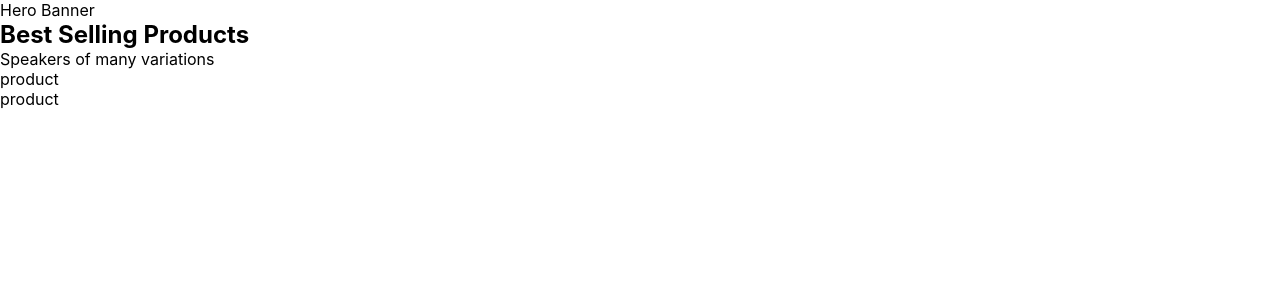
Repository: brandford7/myshop
Page: /
An editor plug-in stored every save of this project. The page is shown before and after a run of saves, followed by the edit.
The browser window is 1280 px wide. The pictures show the whole page.
The project was rebuilt for these pictures with package versions that can differ from the ones it lists, and the page was loaded fresh each time. The framework's server and built-in components were replaced by stand-ins that run in the browser. Also part of the build but not shown: next.config.js.

Above is the page before, as saved 2022-06-24 16:43:29.

After the next 2 saves:
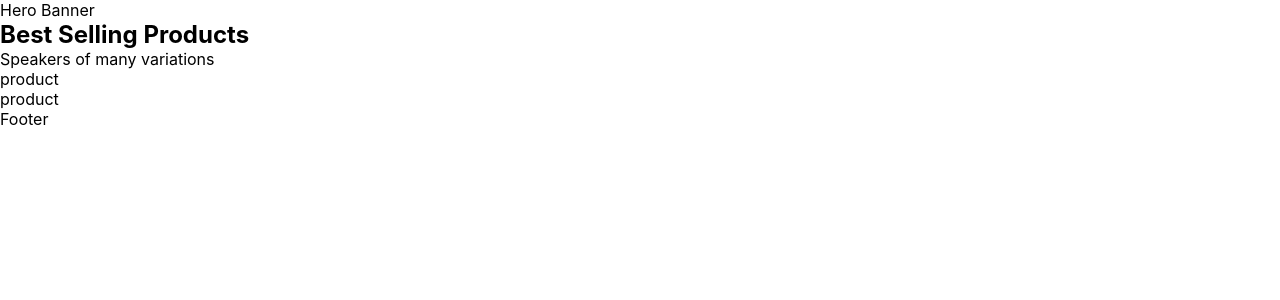
The 2 saves are shown as one change because 1 did not build or start.
The last was saved 69 s later.
--- a/pages/index.js
+++ b/pages/index.js
@@ -12,6 +12,7 @@ export default function Home() {
           <div>product</div>
         ))}
       </div>
+      Footer
     </>
   );
 }
